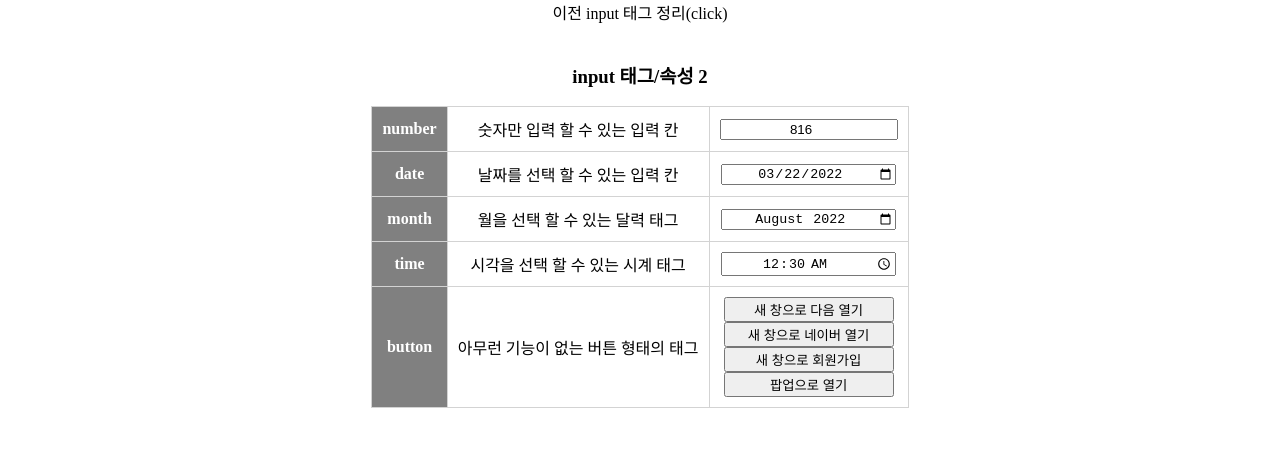
Repository: itkezi/HTML_2022_505
Page: Web/WebContent/HTML/0322_form.html
The author's editor kept a copy of each file at every save. The page is drawn from the files as they stood at one save, then again after the next save.
The browser window is 1280 px wide. The pictures show the whole page.

Above is the page before, as saved 2022-03-22 08:12:38.

After the next save:
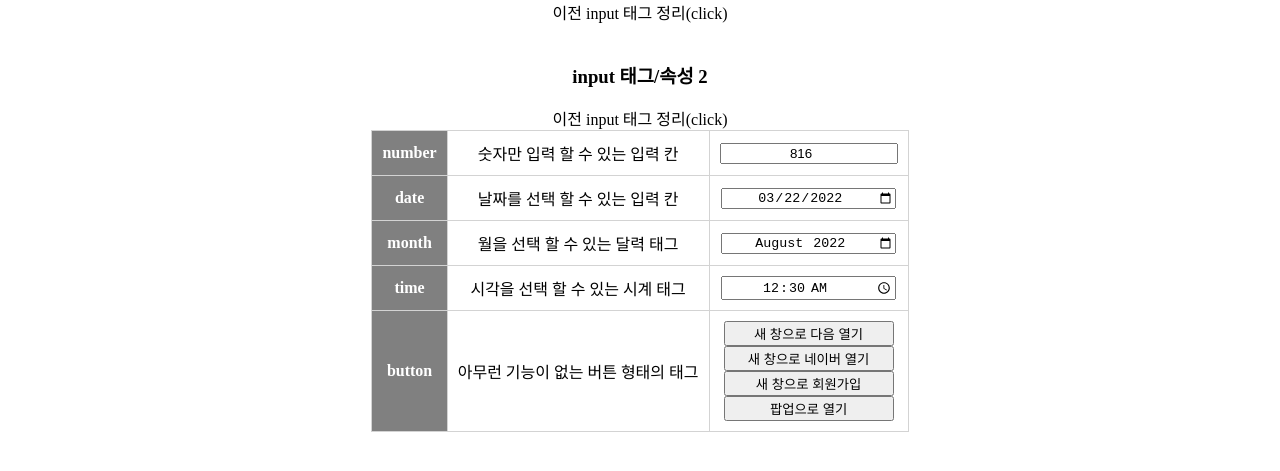
Saved 2 min 36 s later.
--- a/Web/WebContent/HTML/0322_form.html
+++ b/Web/WebContent/HTML/0322_form.html
@@ -8,6 +8,7 @@ h2 { color:blue } /* 내부스타일 */
 input { width: 170px; text-align: center; }
 </style>
 <!--  외부스타일 -->
+<link rel='stylesheet' href='../css/common.css'>
 <link rel='stylesheet' href='../css/common.css'>
 </head>
 <body>
@@ -62,6 +63,9 @@ input { width: 170px; text-align: center; }
 		</td>
 	</tr>
 
+<a style='color:inherit; text-decoration: none'
+   href="http://localhost:8080/Web/style/index.html"> 이전 input 태그 정리(click)</a>
+
 </table><br>
 </body>
 </html>
